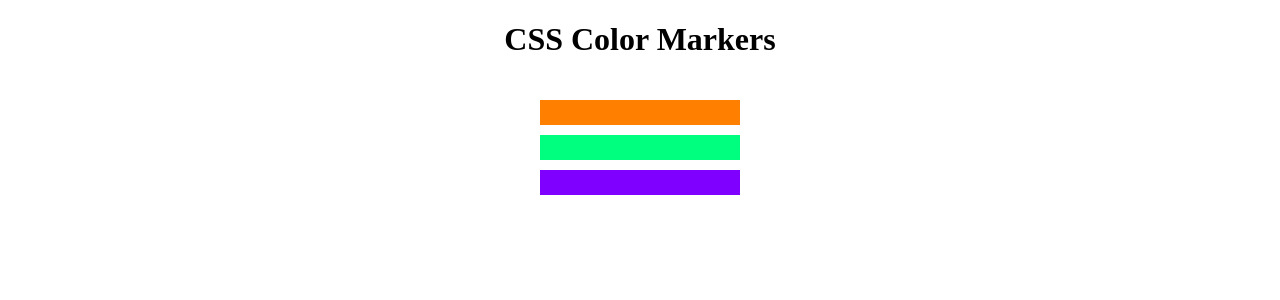
Repository: AimenDje/ColoredMarkers
Page: index.html
The author's editor kept a copy of each file at every save. The page is drawn from the files as they stood at one save, then again after the next save.
The browser window is 1280 px wide. The pictures show the whole page.

Above is the page before, as saved 2025-05-08 16:05:57.

### index.html
<!DOCTYPE html>
<html lang="en">
    <head>
        <meta charset="utf-8">
        <meta name="viewport" content="width=device-width, initial-scale=1.0">
        <link rel="stylesheet" href="styles.css">
        <title>Colored Markers</title>
    </head>
    <body>
        <h1>CSS Color Markers</h1>
        <div class="container">
            <div class="marker one">
            </div>
            <div class="marker two">
            </div>
            <div class="marker three">
            </div>
        </div>
      </body>
</html>

### styles.css
h1 {
    text-align:center;
}

.marker {
    width: 200px;
    height: 25px;
    margin: 10px auto;
  }

.one {
    background-color: rgb(255,127,0);
}

.two {
    background-color: rgb(0, 255, 127);
}

.three {
    background-color: rgb(127, 0, 255);
}

.container {
    background-color: rgb(255, 255, 255);
    padding: 10px 0;
}

After the next save:
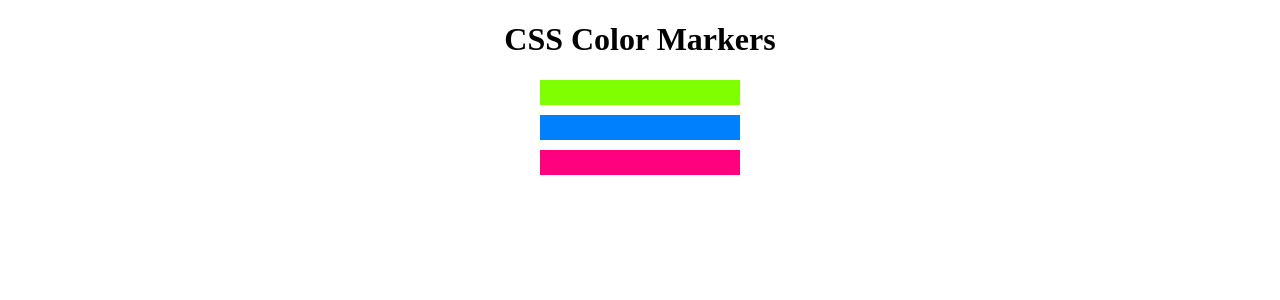
Saved 2 min 35 s later.
--- a/styles.css
+++ b/styles.css
@@ -9,18 +9,13 @@
   }
 
 .one {
-    background-color: rgb(255,127,0);
+    background-color: rgb(127, 255, 0);
 }
 
 .two {
-    background-color: rgb(0, 255, 127);
+    background-color: rgb(0, 127, 255);
 }
 
 .three {
-    background-color: rgb(127, 0, 255);
+    background-color: rgb(255, 0, 127);
 }
-
-.container {
-    background-color: rgb(255, 255, 255);
-    padding: 10px 0;
-}
